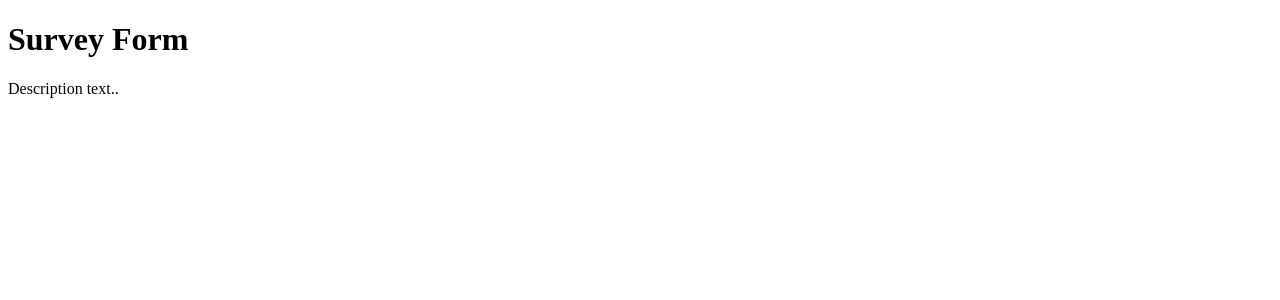
Repository: nevisende/html-css
Page: index.html
These files come from the project's save history. The page is drawn as it stood at one moment and after the next save; the edit follows.
The browser window is 1280 px wide. The pictures show the whole page.

Above is the page before, as saved 2021-08-26 14:56:12.

After the next save:
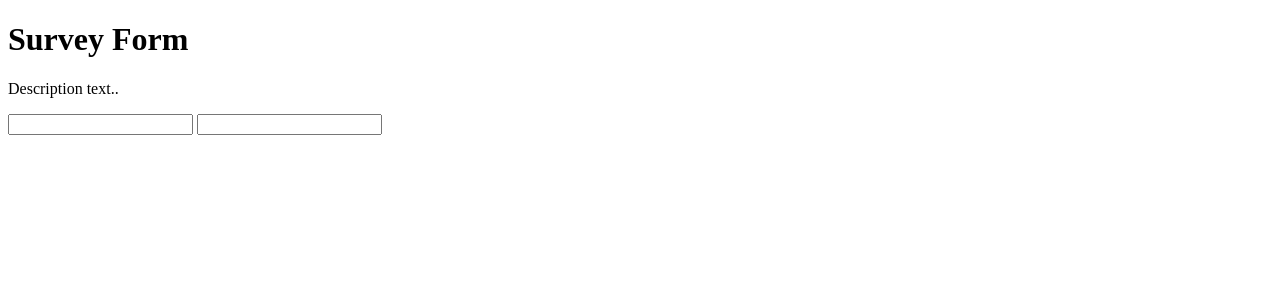
Saved 10 min 7 s later.
--- a/index.html
+++ b/index.html
@@ -1,15 +1,21 @@
 <!DOCTYPE html>
 <html lang="en">
   <head>
-    <meta charset="UTF-8">
+    <meta charset="UTF-8" />
     <title>Fork Me! FCC: Test Suite Template</title>
-    <link rel="stylesheet" href="css/style.css">
+    <link rel="stylesheet" href="css/style.css" />
   </head>
 
   <body>
     <script src="https://cdn.freecodecamp.org/testable-projects-fcc/v1/bundle.js"></script>
-      <h1 id="title">Survey Form</h1>
-      <p id="description">Description text..</p>
-    <script  src="js/index.js"></script>
+    <h1 id="title">Survey Form</h1>
+    <p id="description">Description text..</p>
+
+    <form action="" id="survey-form">
+      <input type="text" id="name" />
+      <input type="email" id="email" />
+    </form>
+
+    <script src="js/index.js"></script>
   </body>
 </html>
